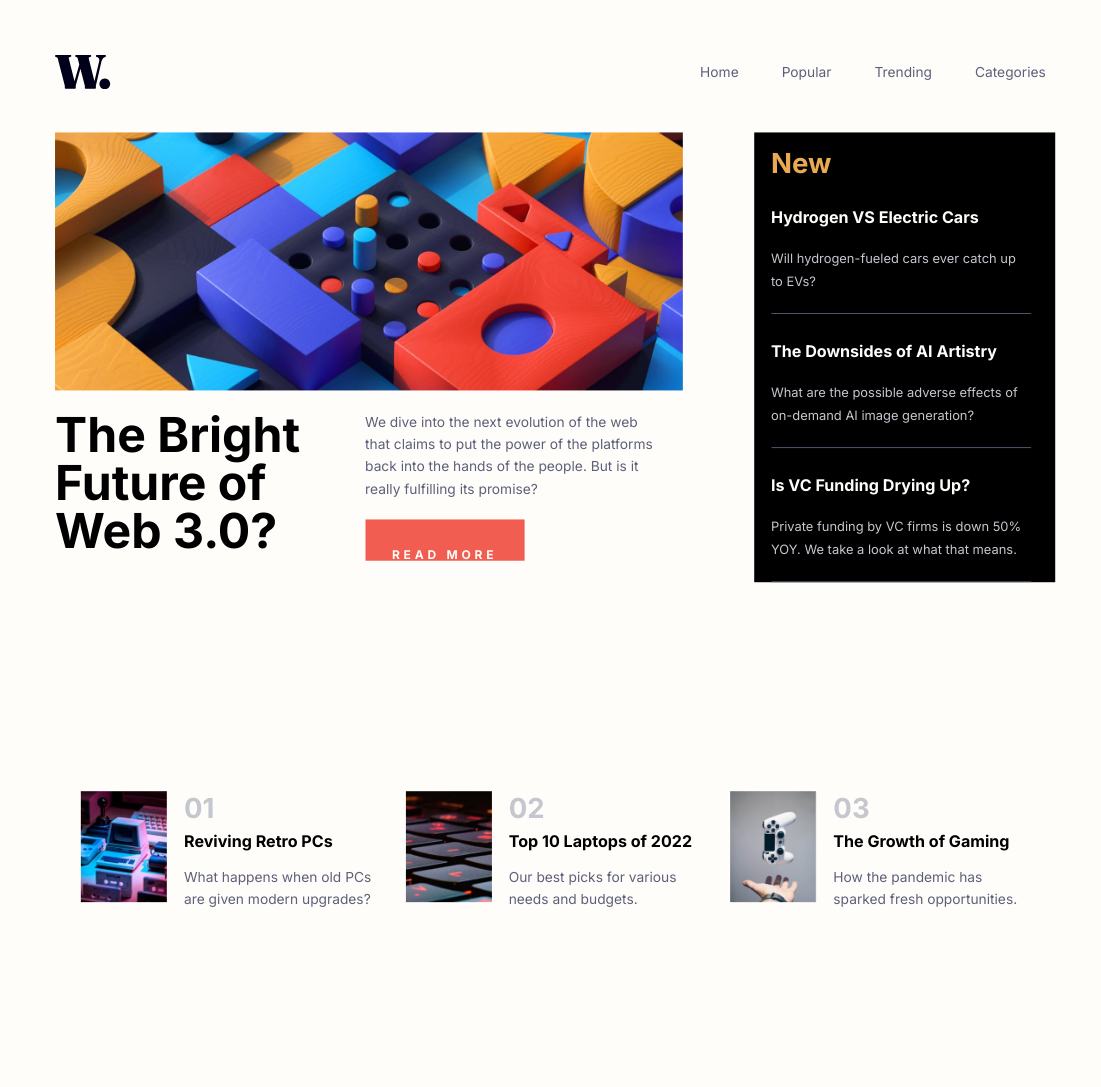
Repository: Arkitecth/news-webpage
Page: index.html
The author's editor kept a copy of each file at every save. The page is drawn from the files as they stood at one save, then again after the next save.
The browser window is 1280 px wide. The pictures show the whole page, at 86% of full size.

Above is the page before, as saved 2023-06-07 21:16:24.

After the next save:
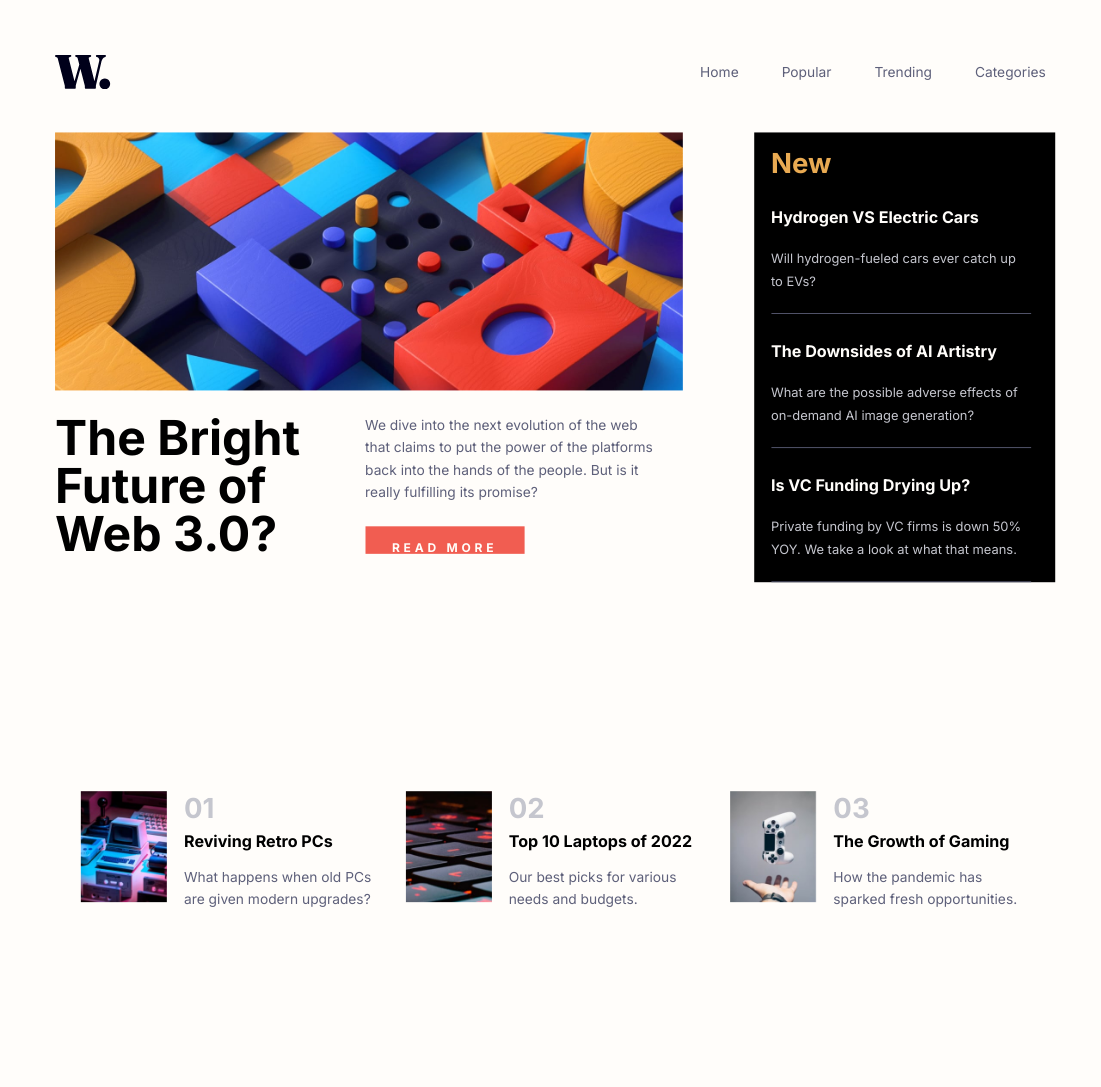
Saved 29 s later.
--- a/style.css
+++ b/style.css
@@ -32,19 +32,18 @@
     background-color: var(--primary-color);
     color: var(--almost-white);
     width: 185px;
-    height: 48px;
+    height: 32px;
     font-weight: 700;
     font-size: 14px;
     text-align: center;
-    padding-top: 2rem;
+    padding-top: 1rem;
     letter-spacing: 4.38px;
 }
 
 
 .primary-btn:hover {
-    background-color: var(--dark-primary);
+    background-color: #00001A;
 }
-
 
 main {
     max-width: 1300px;
